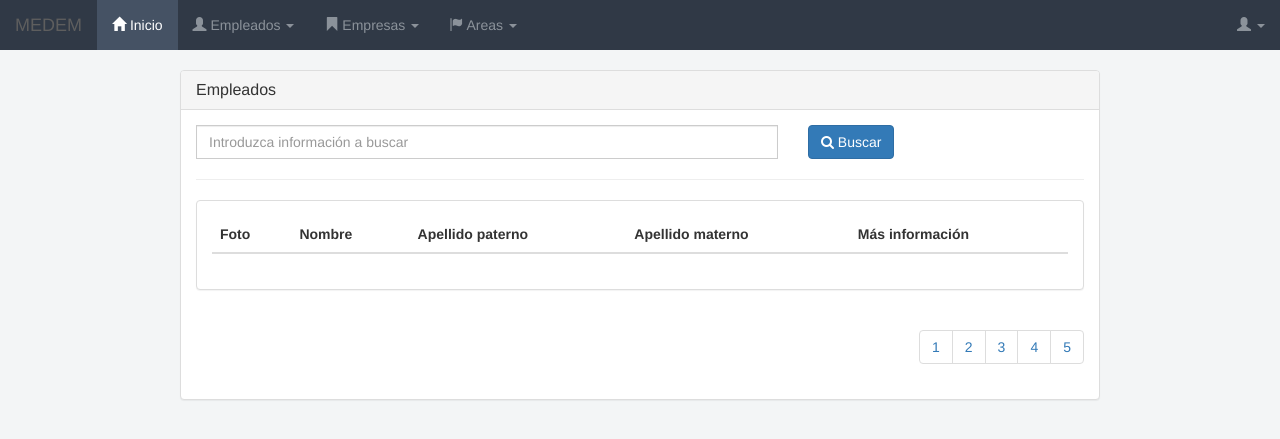
Repository: armandolew/cmhcorp
Page: http://localhost/medem/WEB-INF/pages/indexEmployees.jsp
The author's editor kept a copy of each file at every save. The page is drawn from the files as they stood at one save, then again after the next save.
The browser window is 1280 px wide. The pictures show the whole page.
Some web libraries are served in a nearby version. The page is served by Tomcat 9. Nobody is signed in. The template is opened directly, without the code that normally fills it, so the values that code supplies are empty.

Above is the page before, as saved 2015-05-20 17:49:07.

After the next save:
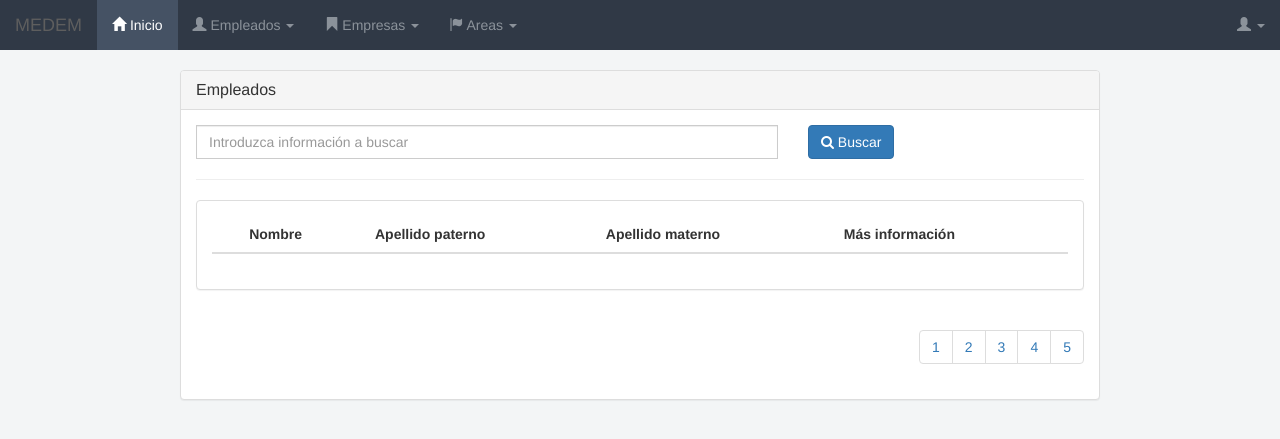
Saved 3 min 46 s later.
--- a/medem/medem/src/main/webapp/WEB-INF/pages/indexEmployees.jsp
+++ b/medem/medem/src/main/webapp/WEB-INF/pages/indexEmployees.jsp
@@ -50,7 +50,7 @@
 					        <table class="table">
 					          <thead>
 							    <tr>
-							      <th>Foto</th>
+							      <th></th>
 							      <th>Nombre</th>
                           	      <th>Apellido paterno</th>
                           	      <th>Apellido materno</th>
